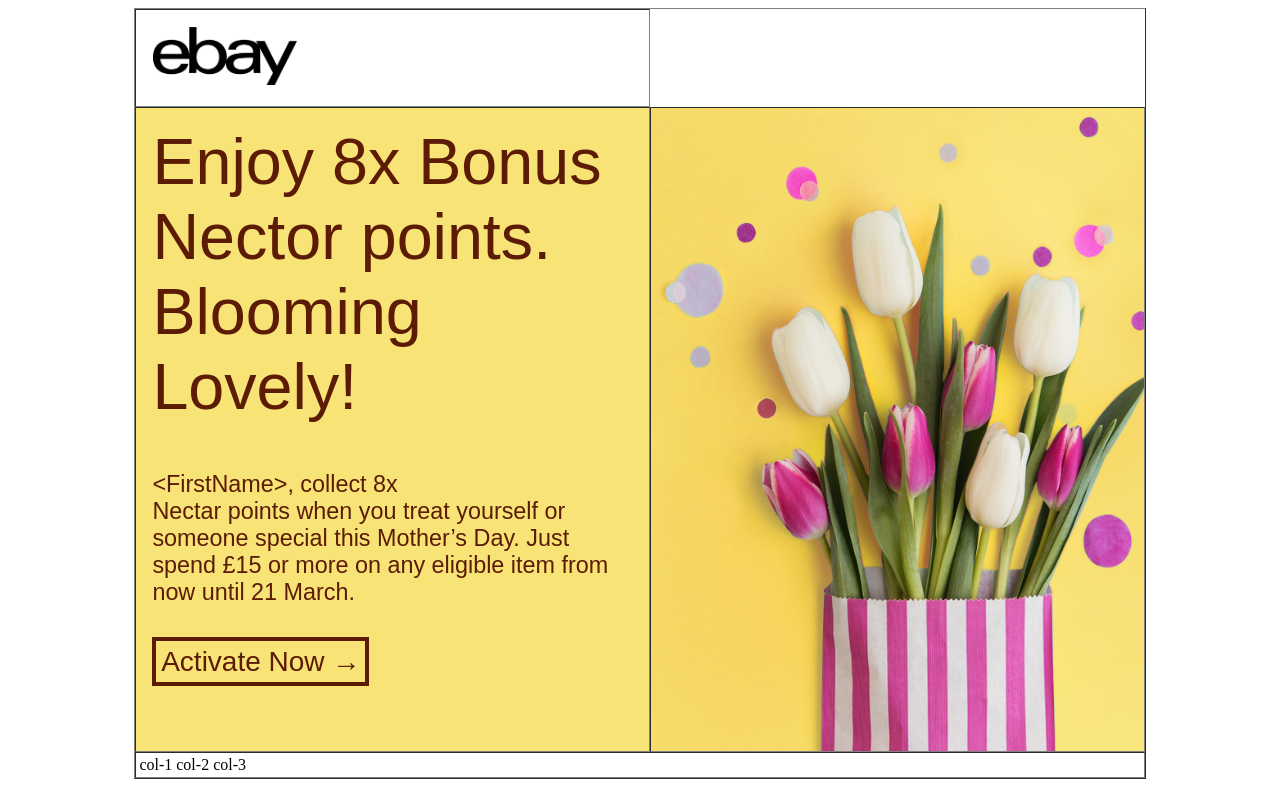
Repository: AnkurDevv/feed-dev-test
Page: index.html
An editor plug-in stored every save of this project. The page is shown before and after the next save, followed by the edit.
The browser window is 1280 px wide. The pictures show the whole page.

Above is the page before, as saved 2020-03-29 14:50:56.

After the next save:
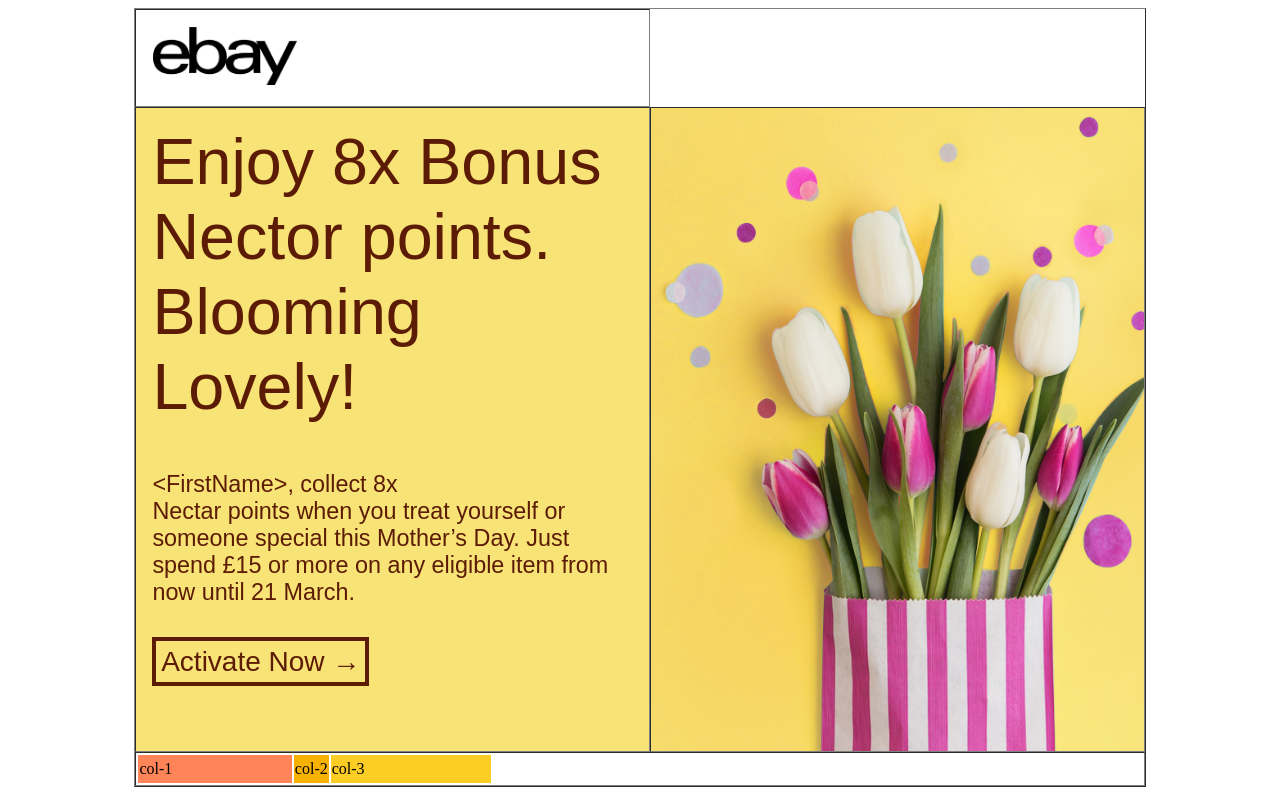
Saved 28 s later.
--- a/index.html
+++ b/index.html
@@ -83,9 +83,9 @@
     <tr id="RibbionContainer">
       <td id="RibbionCell" colspan="2">
         <table id="RibbionTable">
-          <td>col-1</td>
-          <td>col-2</td>
-          <td>col-3</td>
+          <td id="Rectangle1">col-1</td>
+          <td id="Rectangle2">col-2</td>
+          <td id="Rectangle3">col-3</td>
         </table>
       </td>
       <!-- HERO & EVERDAY ESSENTIALS DIVIDER - END -->
